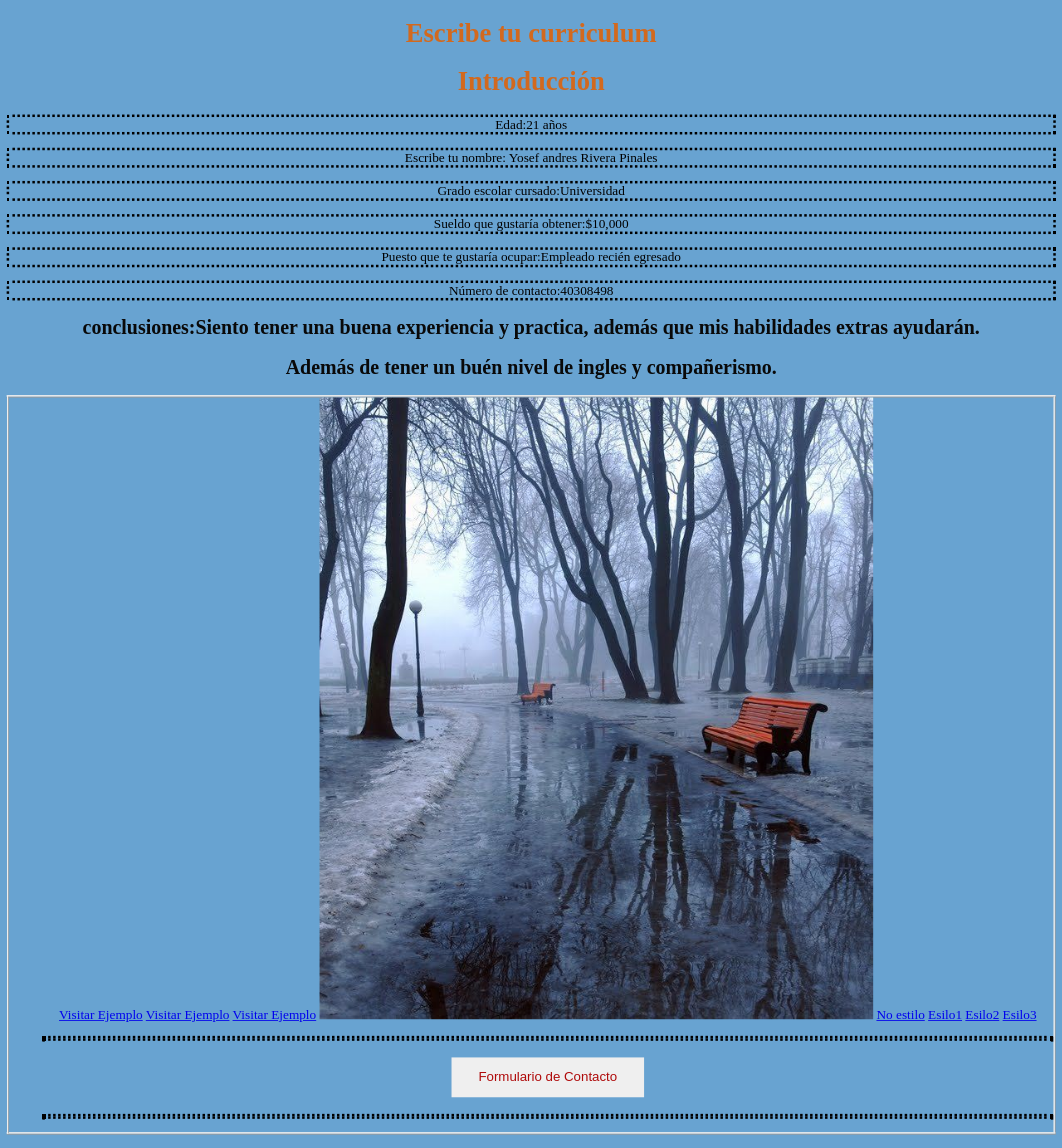
Repository: UVMCoyoacan/VEFY
Page: index_Yosef.html
The author's editor kept a copy of each file at every save. The page is drawn from the files as they stood at one save, then again after the next save.
The browser window is 1280 px wide. The pictures show the whole page, at 83% of full size.

Above is the page before, as saved 2024-02-28 21:30:05.

After the next save:
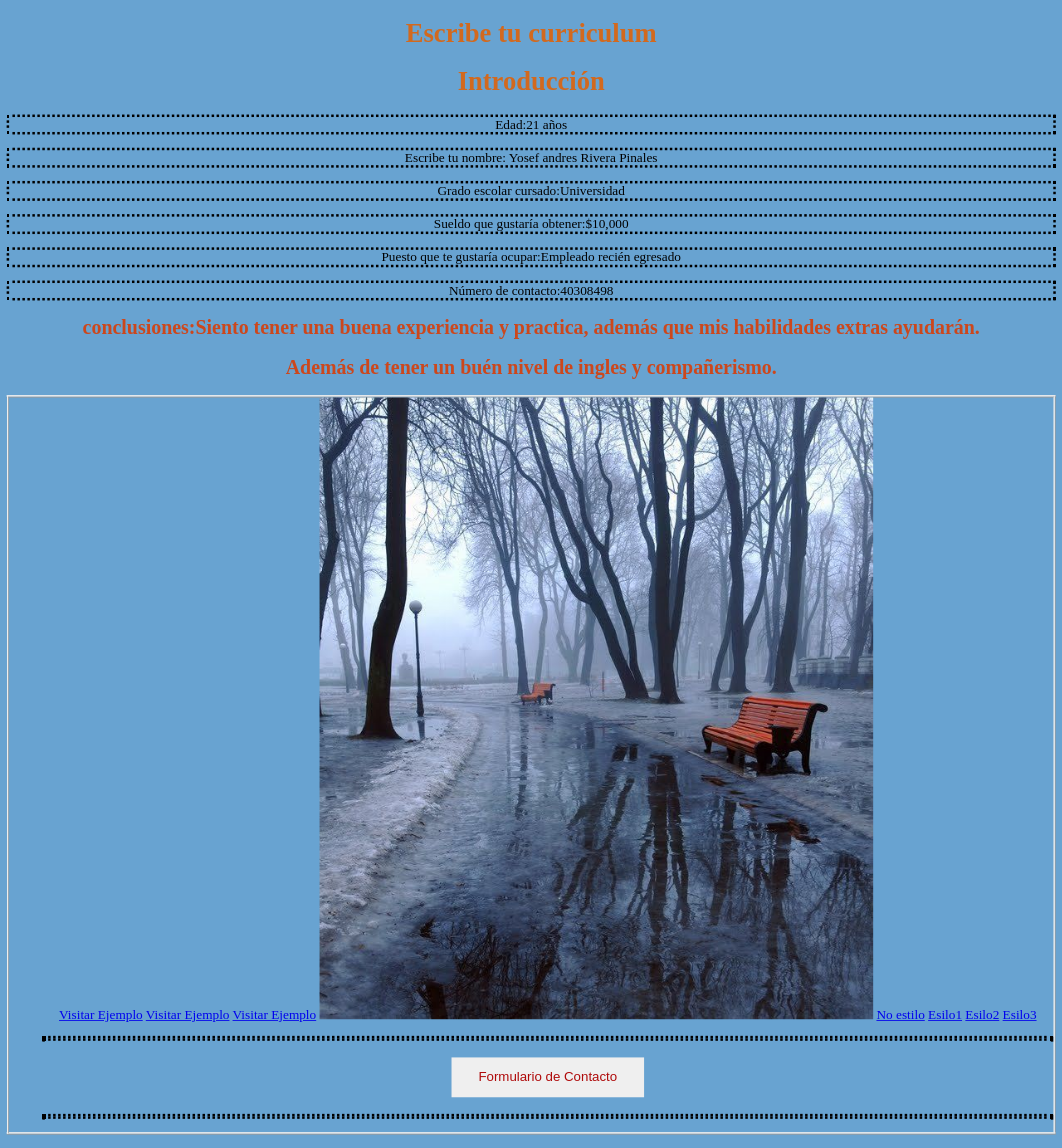
Saved 69 s later.
--- a/estilo1.css
+++ b/estilo1.css
@@ -23,7 +23,7 @@ ul{
 }
 
 h2{
-    color: rgb(9, 9, 9) ;
+    color: rgba(206, 69, 24, 0.98) ;
     text-align: center;
     border-style: mix;
 }
